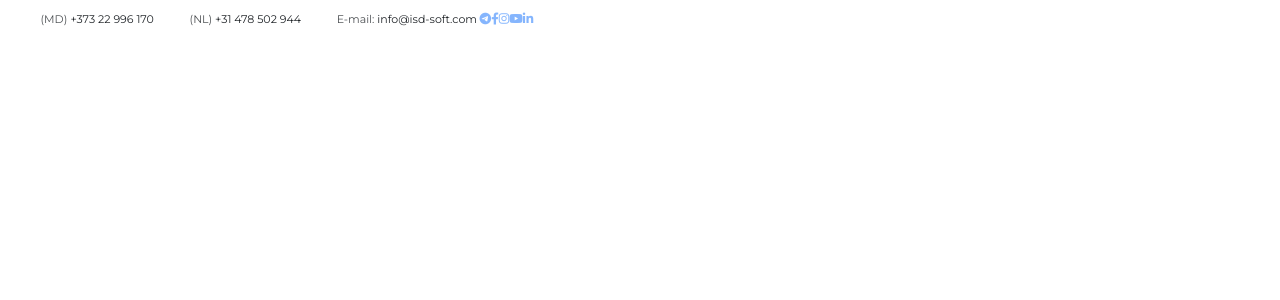
Repository: bilday08/isd-soft
Page: index.html
An editor plug-in stored every save of this project. The page is shown before and after the next save, followed by the edit.
The browser window is 1280 px wide. The pictures show the whole page.

Above is the page before, as saved 2022-10-24 01:23:20.

### index.html
<!DOCTYPE html>
<html lang="en">
<head>
    <meta charset="UTF-8">
    <meta http-equiv="X-UA-Compatible" content="IE=edge">
    <meta name="viewport" content="width=device-width, initial-scale=1.0">
    <title>isd-soft</title>
    <link href="./reset.css" rel="stylesheet"/>
    <link href="./style.css" rel="stylesheet"/>
    <link href="./fonticon/fontawesome-free-6.2.0-web/css/all.min.css" rel="stylesheet"/>
    <link rel="preconnect" href="https://fonts.googleapis.com">
    <link rel="preconnect" href="https://fonts.gstatic.com" crossorigin>
    <link href="https://fonts.googleapis.com/css2?family=Montserrat:wght@100;200;300;400;500;600;700;800;900&display=swap" rel="stylesheet">
    <link
    href="https://cdn.jsdelivr.net/npm/bootstrap@5.2.2/dist/css/bootstrap.min.css"
    rel="stylesheet"
    integrity="sha384-Zenh87qX5JnK2Jl0vWa8Ck2rdkQ2Bzep5IDxbcnCeuOxjzrPF/et3URy9Bv1WTRi"
    crossorigin="anonymous">
    <link
    href="https://cdn.jsdelivr.net/npm/bootstrap@5.2.2/dist/css/bootstrap.min.css"
    rel="stylesheet"
    integrity="sha384-Zenh87qX5JnK2Jl0vWa8Ck2rdkQ2Bzep5IDxbcnCeuOxjzrPF/et3URy9Bv1WTRi"
    crossorigin="anonymous">
</head>
<body>
    <div class="container-fluid ptPageWrap" id="top">
                <header class="mainHeader btCleaar">
                    <div class="coitainer-fluid">
                        <div class="topBarPort port bt-clear">
                            <div class="topTools btTopToolsLeft">
                                <div class="btIconWidget nlphone btWidgetWithText">
                                    <div class="btIconWidgetContent">
                                        <span class="btIconWidgetTitle">(MD) </span>
                                        <span class="btIconWidgetText">+373 22 996 170 </span>
                                    </div>
                            <div class="btIconWidget btWidgetWithText">
                                <div class="btIconWidgetContent">
                                    <span class="btIconWidgetTitle">(NL) </span>
                                    <span class="btIconWidgetText">+31 478 502 944</span>
                                </div>
                            </div>
                            <div class="btIconWidget btWidgetWithText">
                                <div class="btIconWidgetContent">
                                    <span class="btIconWidgetTitle">E-mail: </span>
                                    <span class="btIconWidgetText">info@isd-soft.com</span>
                                </div>
                            </div>
                            </div>
                            </div>
                            <div class="topTools btTopToolsRight">
                                <a href="https://t.me/isdmoldova" target="_blank" class="btIconWidget">
                                    <div class="btIconWidgetIcon">
                                        <i class="fa-brands fa-telegram bt_bb_icon_holder"></i>
                                    </div>
                                </a>
                                <a href="https://www.facebook.com/isdmoldova" target="_blank" class="btIconWidget">
                                    <div class="btIconWidgetIcon">
                                        <i class="fa-brands fa-facebook-f bt_bb_icon_holder"></i>
                                    </div>
                                </a>
                                <a href="https://www.instagram.com/isdmoldova/" target="_blank" class="btIconWidget">
                                    <div class="btIconWidgetIcon">
                                        <i class="fa-brands fa-instagram bt_bb_icon_holder"></i>
                                    </div>
                                </a>
                                <a href="https://www.youtube.com/channel/UC24BJ9rBWIJATVryJZG_qUg" target="_blank" class="btIconWidget">
                                    <div class="btIconWidgetIcon">
                                        <i class="fa-brands fa-youtube bt_bb_icon_holder"></i>
                                    </div>
                                </a>
                                <a href="https://www.linkedin.com/company/isdmoldova/" target="_blank" class="btIconWidget">
                                    <div class="btIconWidgetIcon">
                                        <i class="fa-brands fa-linkedin-in bt_bb_icon_holder"></i>
                                    </div>
                                </a>
                            </div>
                        </div>
                    </div>
            </header>
            </div>
        </div>
    </div>
<script
    src="https://cdn.jsdelivr.net/npm/bootstrap@5.2.2/dist/js/bootstrap.min.js"
    integrity="sha384-IDwe1+LCz02ROU9k972gdyvl+AESN10+x7tBKgc9I5HFtuNz0wWnPclzo6p9vxnk"
    crossorigin="anonymous"></script>
    <script src="./main.js"></script>
</body>
</html>

### style.css
html{
    font-size: 62.5%;
    /*1em=1rem=10px*/
}
*, *:after, *:before {
    box-sizing: border-box;
    padding: 0;
    margin: 0;
    background-repeat: no-repeat;
}
div{
    display: inline-block;
}
/* .ptPageWrap{

} */
.mainHeader{
    font-family: "Montserrat",sans-serif;
    font-weight: 400;
    background-color: inherit;
    transform: translateY(0);
    transition: opacity 300ms ease;
    position: absolute;
}
.topBar{
    border-bottom: 1px solid rgba(255,255,255,.1);
    font-size: .8em;
    line-height: 2.5em;
}
.topTools{
    border-bottom: 1px solid rgba(255,255,255,.1);
}
.btIconWidgetContent {
    margin-left: 3em;
    line-height: inherit;
    font-size: 1.1em;
}
.btIconWidgetTitle {
    /* margin-top: 0.5em; */
    opacity: .8;
}
.btIconWidgetText{
    opacity: 1;
    display: inline-block;
    line-height: inherit;
}
.bt_bb_icon_holder{
    opacity: .5;
    font-size: 1.2em;
}
.btTopToolsRight {
    display: inline-flex;
    text-align: right;
    flex-grow: 1;
}

Loaded but not shown: reset.css (common file); fonticon/fontawesome-free-6.2.0-web/css/all.min.css (library); main.js (no copy from this time; the picture is the same without it)

After the next save:
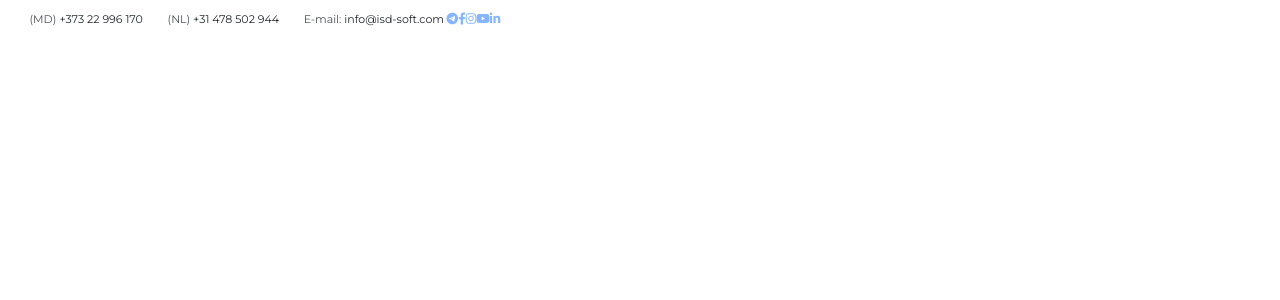
Saved 3 min 14 s later.
--- a/style.css
+++ b/style.css
@@ -4,8 +4,8 @@ html{
 }
 *, *:after, *:before {
     box-sizing: border-box;
-    padding: 0;
-    margin: 0;
+    /* padding: 0;
+    margin: 0; */
     background-repeat: no-repeat;
 }
 div{
@@ -31,7 +31,7 @@ div{
     border-bottom: 1px solid rgba(255,255,255,.1);
 }
 .btIconWidgetContent {
-    margin-left: 3em;
+    margin-left: 2em;
     line-height: inherit;
     font-size: 1.1em;
 }
